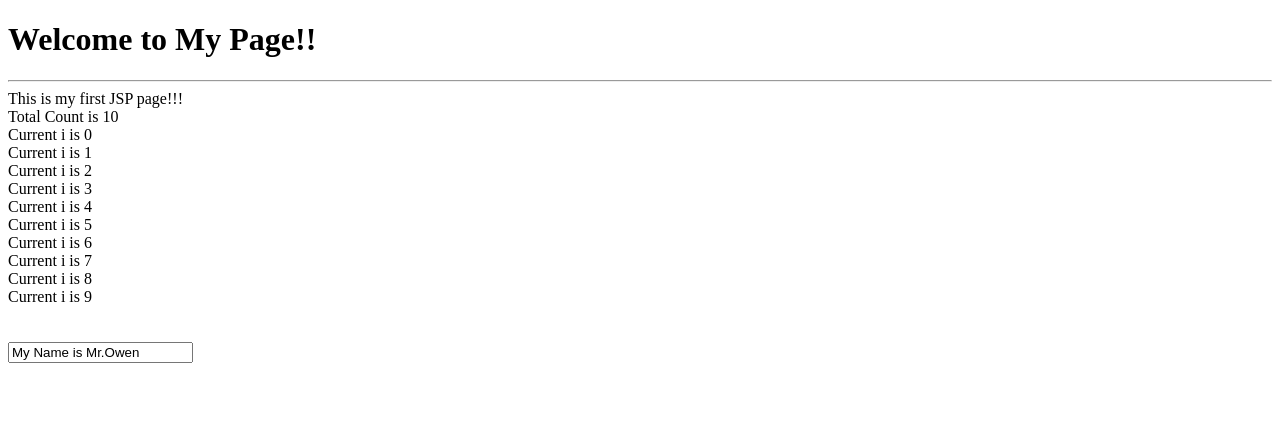
Repository: an-sehyeon/web_inworld
Page: http://localhost/web/02_script_test.jsp
An editor plug-in stored every save of this project. The page is shown before and after the next save, followed by the edit.
The browser window is 1280 px wide. The pictures show the whole page.
The page is served by Tomcat 10. Other server files are loaded and not shown.

Above is the page before, as saved 2024-12-14 06:04:08.

### web_inwolrd/04_Servlet/dev/web/src/main/webapp/02_script_test.jsp
<%@ page language="java" contentType="text/html; charset=UTF-8"
    pageEncoding="UTF-8"%>
<!DOCTYPE html>
<html>
<head>
<meta charset="UTF-8">
<title>Welcome</title>
</head>
<body>
	<h1>Welcome to My Page!!</h1>
	<hr>
	<!-- JSP declaration Tag -->
	<%!
		int count = 10;
		String color = "magenta";
		String makeLower(String data) {						// 소문자 만들기
			return data.toLowerCase();
		}
	%>

	<!-- JSP Scriptlet -->
	<%
		out.println("This is my first JSP page!!!<br>");	// 사용자가 보이는 화면에 출력
		System.out.println("드디어 출력했다...");				// 내부 콘솔에 출력
		out.println("Total Count is " + count + "<br>");
		for(int i = 0; i < count; i++){
			out.println("Current i is " + i + "<br>");
			// out.println("<hr>");
		}
	%>

	<br><br>

	<!-- JSP Expression -->
	<!-- 절대 세미콜론을 넣으면 안됨 -->
	<input type="text" value="My Name is Mr.Owen"><br>






</body>
</html>

After the next save:
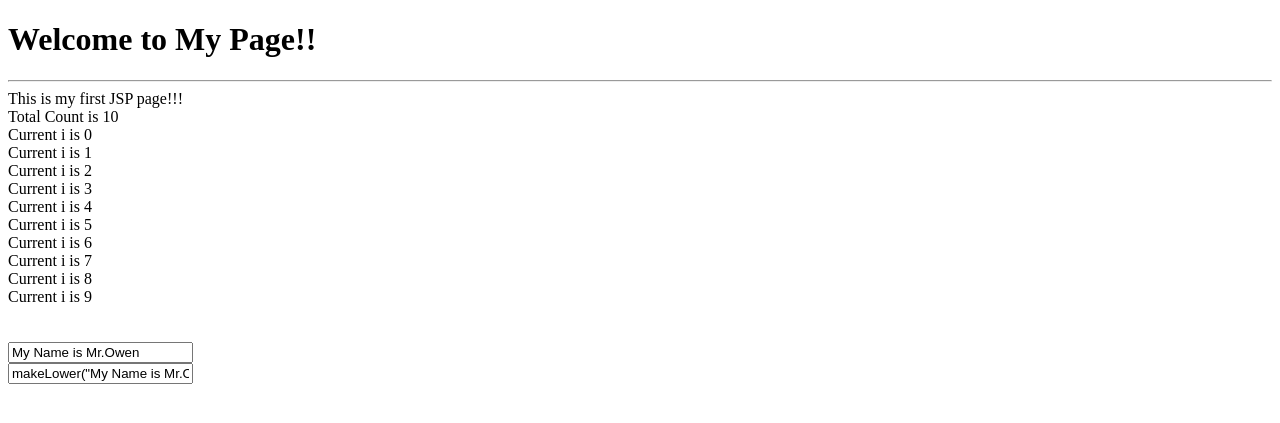
Saved 4 min 24 s later.
--- a/web_inwolrd/04_Servlet/dev/web/src/main/webapp/02_script_test.jsp
+++ b/web_inwolrd/04_Servlet/dev/web/src/main/webapp/02_script_test.jsp
@@ -34,6 +34,7 @@
 	<!-- JSP Expression -->
 	<!-- 절대 세미콜론을 넣으면 안됨 -->
 	<input type="text" value="My Name is Mr.Owen"><br>
+	<input type="text" value='makeLower("My Name is Mr.Owen")'><br>
 
 
 
